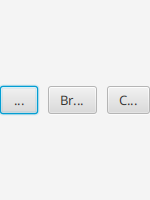
Repository: AlanVidalll/Curso-Java-Completo
Program's window: java exercicios-javafx/src/basico/PrimeiroFX.java
An editor plug-in stored every save of this project. The program's window is shown before and after the next save, followed by the edit.
It runs on Java 21 on a 1366 x 768 screen with JavaFX 11; the title bar is not drawn.

Above is the program's window before, as saved 2020-04-09 13:37:40.

After the next save:
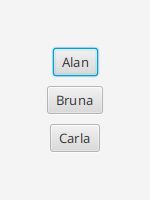
Saved 42 s later.
--- a/exercicios-javafx/src/basico/PrimeiroFX.java
+++ b/exercicios-javafx/src/basico/PrimeiroFX.java
@@ -6,7 +6,7 @@
 import javafx.geometry.Pos;
 import javafx.scene.Scene;
 import javafx.scene.control.Button;
-import javafx.scene.layout.HBox;
+import javafx.scene.layout.VBox;
 import javafx.stage.Stage;
 
 public class PrimeiroFX extends Application{
@@ -18,7 +18,7 @@
 		Button botaoB = new Button("Bruna");
 		Button botaoC = new Button("Carla");
 
-		HBox box = new HBox();
+		VBox box = new VBox();
 		box.setAlignment(Pos.CENTER);
 		box.setSpacing(10);
 		box.getChildren().add(botaoA);
